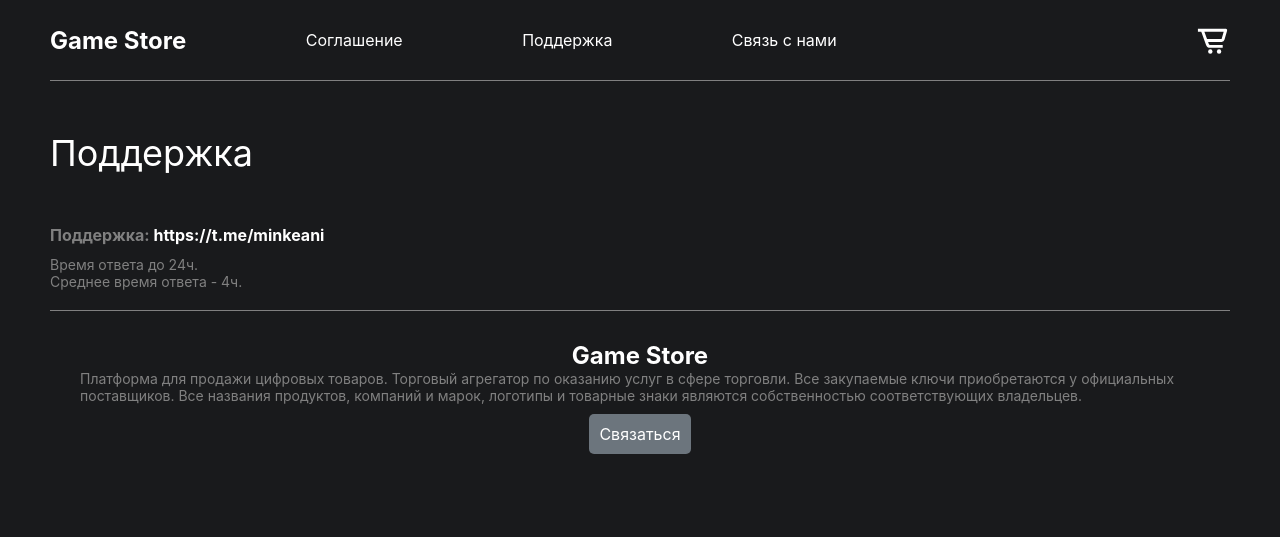
Repository: Minkeani/GameStore
Page: /support
These files come from the project's save history. The page is drawn as it stood at one moment and after the next save; the edit follows.
The browser window is 1280 px wide. The pictures show the whole page.
The project was rebuilt for these pictures with package versions that can differ from the ones it lists, and the page was loaded fresh each time. Also part of the build but not shown: src/components/ItemsInCart/ItemsInCart.css, src/components/ItemsInCart/ItemsInCart.jsx, src/components/CartMenu/CartMenu.css, src/components/Btn/Btn.css, src/components/Btn/Btn.jsx, src/components/CartItem/CartItem.css, src/components/CartItem/CartItem.jsx, src/components/utils/utils.js and 19 more.

Above is the page before, as saved 2022-09-11 11:34:57.

### src/index.js
import React from 'react';
import ReactDOM from 'react-dom/client';
import './index.css';
import App from './App';
import reportWebVitals from './reportWebVitals';

const root = ReactDOM.createRoot(document.getElementById('root'));
root.render(
    <App />
);

### src/index.css
body {
  margin: 0;
  min-height: 100%;
  font-family: -apple-system, BlinkMacSystemFont, 'Segoe UI', 'Roboto', 'Oxygen',
    'Ubuntu', 'Cantarell', 'Fira Sans', 'Droid Sans', 'Helvetica Neue',
    sans-serif;
  -webkit-font-smoothing: antialiased;
  -moz-osx-font-smoothing: grayscale;
    background-color: rgb(25, 26, 28);
}

code {
  font-family: source-code-pro, Menlo, Monaco, Consolas, 'Courier New',
    monospace;
}

.App {
  max-width: 1180px;;
  margin: 0 auto;
  padding: 0 40px;
  color: white;
}

a {
  color: white;
  text-decoration: none;
}

.secondary-text {
  color: rgb(80, 82, 84);
}

### src/App.js
import { BrowserRouter, Routes, Route } from "react-router-dom";
import Header from "./components/Header/Header";
import { Provider } from "react-redux";
import GamePage from "./components/GamePage/GamePage";
import OrderPage from "./components/OrderPage/OrderPage";
import HomePage from "./pages/HomePage/HomePage";
import {store} from './redux'
import Agreement from "./components/Agreement/Agreement";
import Footer from "./components/Footer/Footer";
import Support from "./components/Support/Support";


function App() {
  return (
    <Provider store={store}>
    <BrowserRouter>
      <div className="App">
        <Header />
        <Routes>
          <Route path="/" element={<HomePage />} />
          <Route path="/app/:title" element={<GamePage />} />
          <Route path="/order" element={<OrderPage />} />
          <Route path="/agreement" element={<Agreement />} />
          <Route path="/support" element={<Support />} />
        </Routes>
        <Footer/>
      </div>
    </BrowserRouter>
    </Provider>
  );
}

export default App;

### src/components/Header/Header.js
import React from 'react'
import { Link } from 'react-router-dom'
import CartBlock from '../CartBlock/CartBlock'
import './Header.css'

export default function Header() {
  return (
    <div className="header">
      <div className="wrapper">
            <Link to='/' className='header__store-title'>Game Store</Link>
            <Link to='/Agreement'>Соглашение</Link>
            <Link to='/support'>Поддержка</Link>
            <a to='/'>Связь с нами</a>

      </div>
      <div className="wrapper header__cart-btn-wrapper">
        <CartBlock/>
      </div>
    </div>
  )
}

### src/redux/index.js
import { configureStore } from '@reduxjs/toolkit';
import gamesReducer from './games/gamesReducer';
import reducerCart from './cart/reducerCart';

export const store = configureStore({
    reducer: {
        games: gamesReducer,
        cart: reducerCart
    }
  })

### src/components/Footer/Footer.jsx
import React from "react";
import "./Footer.css";
import { Link } from "react-router-dom";
import P from "../Ui/P/P";

const Footer = () => {
  return (
    <footer className="footer">
      <div className="wrapper__footer">
        <Link to="/" className="header__store-title">
          Game Store
        </Link>

        <div>
          <P>
            Платформа для продажи цифровых товаров. Торговый агрегатор по
            оказанию услуг в сфере торговли. Все закупаемые ключи приобретаются
            у официальных поставщиков. Все названия продуктов, компаний и марок,
            логотипы и товарные знаки являются собственностью соответствующих
            владельцев.
          </P>
          <a href="https://linktr.ee/minkeani" target="blank">
            Связаться
          </a>
        </div>
      </div>
    </footer>
  );
};

export default Footer;

### src/components/Support/Support.jsx
import React from 'react';
import BigTitle from '../Ui/BigTitle/BigTitle';
import Title from '../Ui/Title/Title';
import P from '../Ui/P/P';
import './Support.css'

const Support = () => {
    return (
        <div>
            <BigTitle>Поддержка</BigTitle>
            <Title>Поддержка: <a target='blank' href='https://t.me/minkeani'>https://t.me/minkeani</a> </Title>
            <P>
            Время ответа до 24ч.
            <br/>
Среднее время ответа - 4ч.
            </P>
        </div>
    );
}

export default Support;

### src/components/CartBlock/CartBlock.jsx
import React, { useState, useCallback } from "react";
import "./CartBlock.css";
import { useSelector } from "react-redux";
import { BiCartAlt } from "react-icons/bi";
import ItemsInCart from "../ItemsInCart/ItemsInCart";
import CartMenu from "../CartMenu/CartMenu";
import { useNavigate } from "react-router-dom";

export default function CartBlock() {
  const items = useSelector((state) => state.cart.itemsInCart);
  const totalPrice = items.reduce((acc, game) => (acc += game.price), 0);
  const [isCartMenuVisible, setCartMenuVisible] = useState(false)

  const navigate = useNavigate()

  const handleClick = useCallback(() => {
    setCartMenuVisible(false)
    navigate('/order')
  }, [navigate])

  return (
    <div className="cart-block">
      <ItemsInCart quantity={items.length}/>
      <BiCartAlt size={35} className="cart-icon" onClick={() => setCartMenuVisible(!isCartMenuVisible)} />
      {totalPrice > 0 ? (
        <span className="total-price">{totalPrice} руб</span>
      ) : null}

     {isCartMenuVisible ? <CartMenu items={items} onClick={handleClick} /> : ''}
    </div>
  );
}

### src/components/Header/Header.css
.header {
    height: 80px;
    display: flex;
    align-items: center;
    justify-content: space-between;
    margin-bottom: 30px;
    border-bottom: 1px solid gray
}

.wrapper {
    display: flex;
    flex-grow: 1;
    align-items: center;
    justify-content: space-between;

}

.wrapper a{

}

.header__store-title {
    color: white;
    text-decoration: none;
    font-size: 24px;
    font-weight: bold;
}

.header__cart-btn-wrapper {
    justify-content: flex-end;
}

### src/redux/games/gamesReducer.js
import { createSlice } from '@reduxjs/toolkit'

const gamesSlice = createSlice({
  name: 'games',
  initialState: {
    currentGame: null
  },
  reducers: {
    setCurrentGame: (state, action) => {
      state.currentGame = action.payload
    },
  }
});

export const { setCurrentGame } = gamesSlice.actions;
export default gamesSlice.reducer;

### src/redux/cart/reducerCart.js
import { createSlice } from "@reduxjs/toolkit";

const cartSlice = createSlice({
    name: 'cart',
    initialState: {
        itemsInCart: []
    },
    reducers: {
        setItemInCart: (state, action) => {
            state.itemsInCart.push(action.payload)
    },
        deleteItemFromCart: (state, action) => {
        state.itemsInCart = state.itemsInCart.filter(game => game.id !== action.payload)
    }
}
});

export const {setItemInCart, deleteItemFromCart} = cartSlice.actions;
export default cartSlice.reducer;

### src/components/Ui/Title/Title.jsx
import React from 'react';
import './Title.css'

const Title = ({children}) => {
    return (
        <div className='Title'>
            {children}
        </div>
    );
}

export default Title;

### src/components/Ui/BigTitle/BigTitle.jsx
import React from 'react';
import './BigTitle.css'

const BigTitle = ({children}) => {
    return (
        <h2 className='BigTitle'>
            {children}
        </h2>
    );
}

export default BigTitle;

### src/components/Ui/P/P.jsx
import React from 'react';
import './P.css'

const P = ({children}) => {
    return (
        <div className='paragraph'>
            {children}
        </div>
    );
}

export default P;

### src/components/Footer/Footer.css
.footer {
    height: 100%;
    padding: 10px;
    display: flex;
    align-self: end;
    flex-grow: 1;
    margin-bottom: 30px;
    margin-top: 20px;
    border-top: 1px solid gray
}

.wrapper__footer {
    display: flex;
    margin: 20px;
    flex-grow: 1;
    flex-direction: column;
    align-items: center;
    justify-content: space-between;
}

.wrapper__footer div {
    display: flex;
    align-items: center;
    justify-content: center;
    flex-direction: column
}
.wrapper__footer div a{
    color: #ffffff;
    background-color: #6c757d;
    border: none;
    padding: 10px;
    border-radius: 5px;
}

.wrapper__footer div a:hover{
    color: #ffffff;
    background-color:  #3e4042;
}

### src/components/CartBlock/CartBlock.css
.cart-block {
    display: flex;
    align-items: center;
    position: relative;
}

.total-price {
    margin-left: 15px;
    font-size: 18px;
    font-weight: bold;
}

.cart-icon {
    cursor: pointer;
    position: relative;
}

### src/components/Ui/Title/Title.css
.Title {
    color: gray;
    font-weight: 700;
    line-height: 1.3;
    margin: 15px 0 10px;
}

### src/components/Ui/BigTitle/BigTitle.css
.BigTitle {
    font-size: 36px;
    font-weight: 400;
    color: #fff;
    padding: 20px 0;
}

### src/components/Ui/P/P.css
.paragraph {
    margin-bottom: 10px;
    color: gray;
    font-size: 14px;
    font-weight: 400;
    font-style: normal;
}

Loaded but not shown: public/index.html (common file); src/reportWebVitals.js (common file); src/components/Support/Support.css (no stored copy; drawn as an empty file)

After the next save:
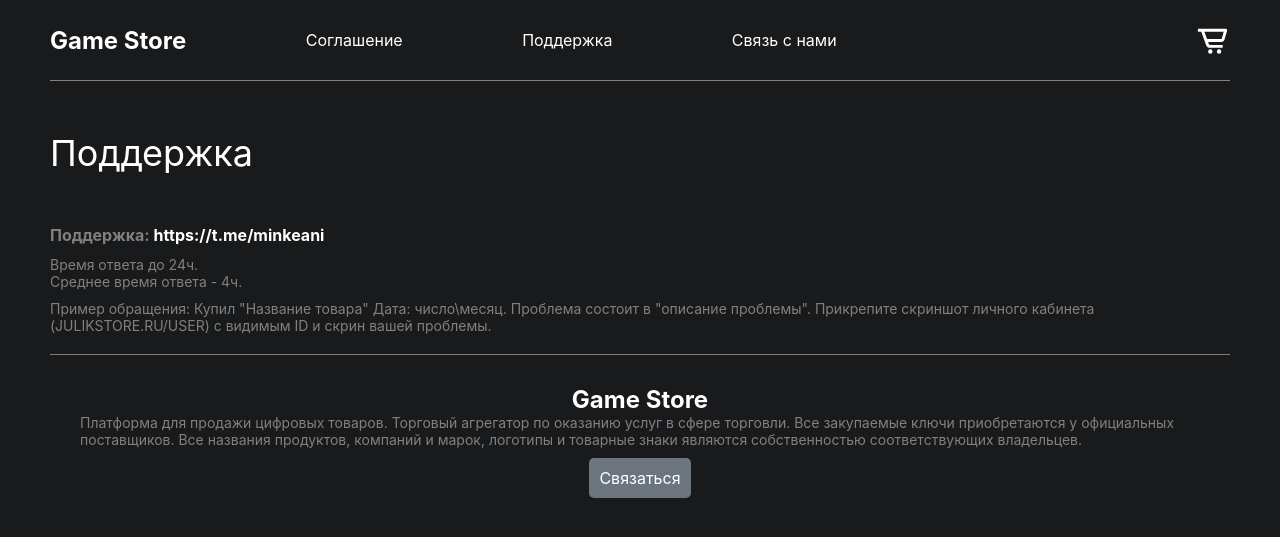
Saved 33 s later.
--- a/src/components/Support/Support.jsx
+++ b/src/components/Support/Support.jsx
@@ -14,6 +14,10 @@ const Support = () => {
             <br/>
 Среднее время ответа - 4ч.
             </P>
+            <P>
+            Пример обращения:
+Купил "Название товара" Дата: число\месяц. Проблема состоит в "описание проблемы". Прикрепите скриншот личного кабинета (JULIKSTORE.RU/USER) с видимым ID и скрин вашей проблемы.
+            </P>
         </div>
     );
 }
